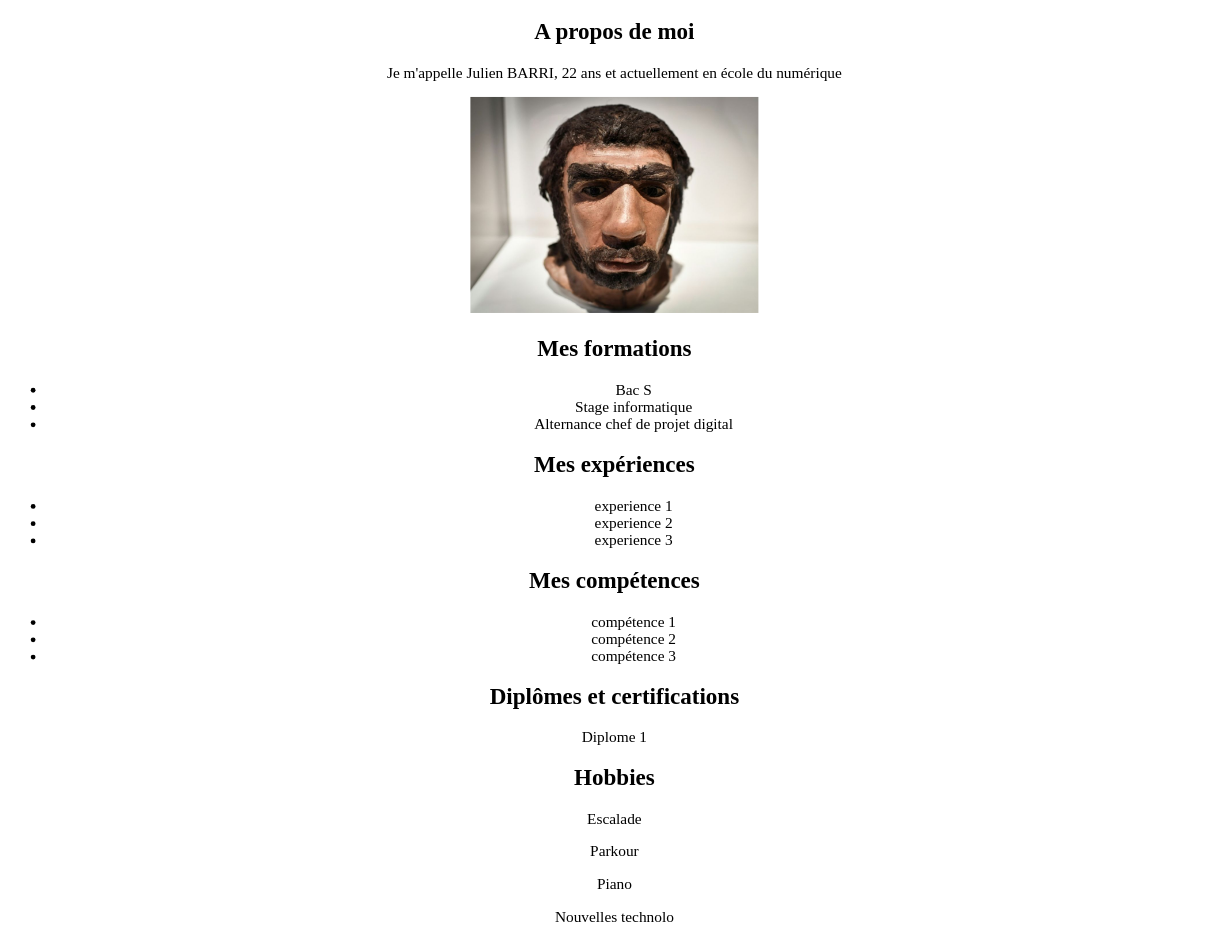
Repository: barridev/cours_devops.github.io
Page: index.html
These files come from the project's save history. The page is drawn as it stood at one moment and after the next save; the edit follows.
The browser window is 1280 px wide. The pictures show the whole page, at 96% of full size.

Above is the page before, as saved 2022-06-13 15:26:51.

### index.html
<!DOCTYPE html>
<html lang="en">

<head>
    <meta charset="UTF-8">
    <meta http-equiv="X-UA-Compatible" content="IE=edge">
    <meta name="viewport" content="width=device-width, initial-scale=1.0">
    <title>Document</title>
    <link rel="stylesheet" href="style.css">
</head>

<body>

    <section class="center">
        <div>
            <h1>A propos de moi</h1>
            <p>Je m'appelle Julien BARRI, 22 ans et actuellement en école du numérique</p>
            <img width="300x300" src="homme.jpeg" alt="homme">
        </div>
    </section>

    <section class="center">
        <div class="test">
            <h2> Mes formations </h2>
            <ul>
                <li> Bac S</li>
                <li> Stage informatique</li>
                <li> Alternance chef de projet digital</li>
            </ul>
        </div>
    </section>

    <section class="center">
        <div>
            <h2> Mes expériences </h2>
            <ul>
                <li> experience 1</li>
                <li> experience 2</li>
                <li> experience 3</li>
            </ul>
        </div>
    </section>

    <section class="center">
        <div>
            <h2> Mes compétences</h2>
            <ul>
                <li> compétence 1</li>
                <li> compétence 2</li>
                <li> compétence 3</li>
            </ul>
        </div>

    </section>

    <section class="center">
        <div>
            <h2> Diplômes et certifications</h2>
            <p>Diplome 1</p>
        </div>

    </section class="center">

    <section class="center">
        <div>
            <h2> Hobbies</h2>
            <p>Escalade</p>
            <p>Parkour</p>
            <p>Piano</p>
            <p>Nouvelles technolo</p>
        </div>

    </section class="center">

</body>

</html>

Loaded but not shown: style.css (common file)

After the next save:
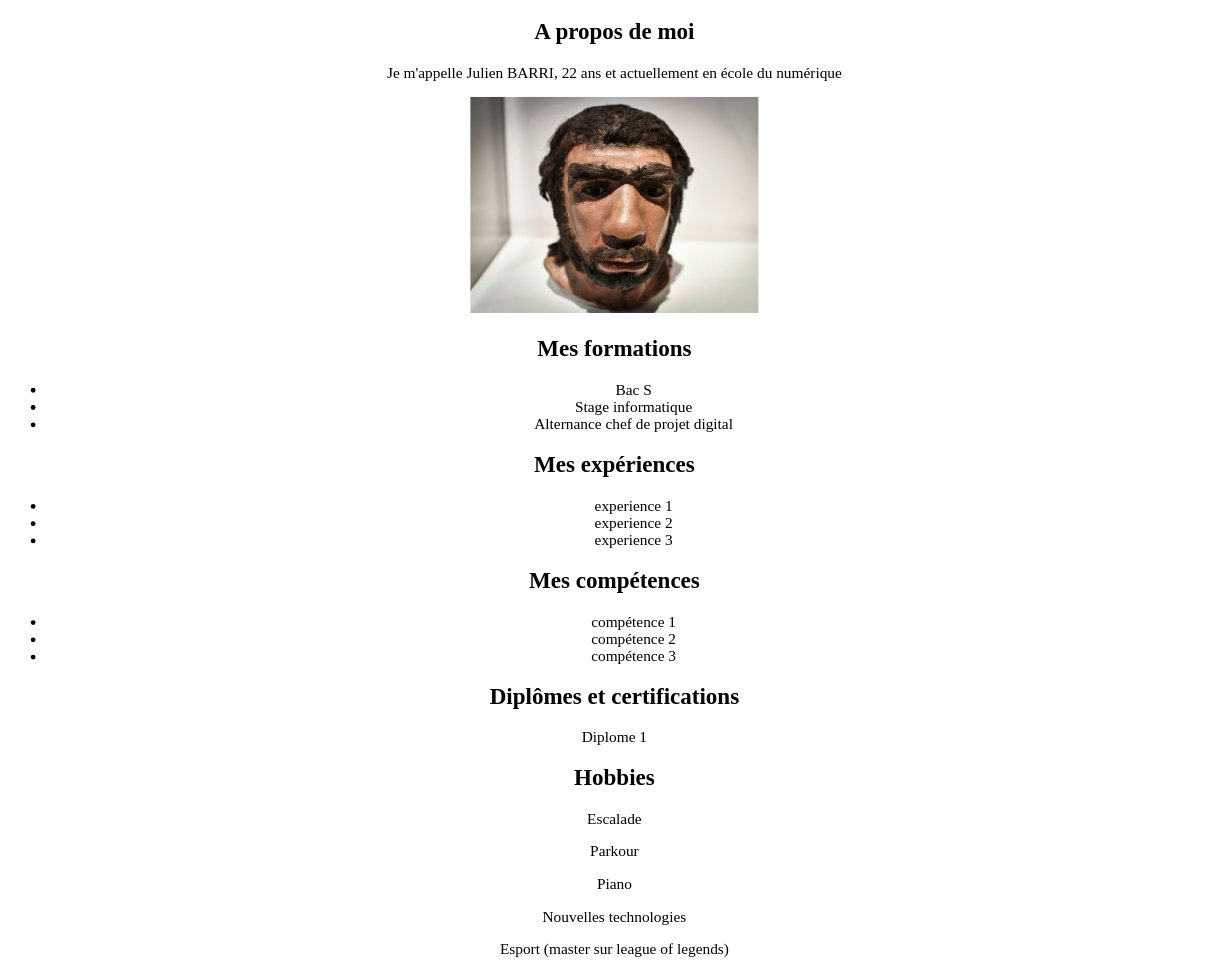
Saved 13 s later.
--- a/index.html
+++ b/index.html
@@ -67,7 +67,8 @@
             <p>Escalade</p>
             <p>Parkour</p>
             <p>Piano</p>
-            <p>Nouvelles technolo</p>
+            <p>Nouvelles technologies</p>
+            <p>Esport (master sur league of legends)</p>
         </div>
 
     </section class="center">
